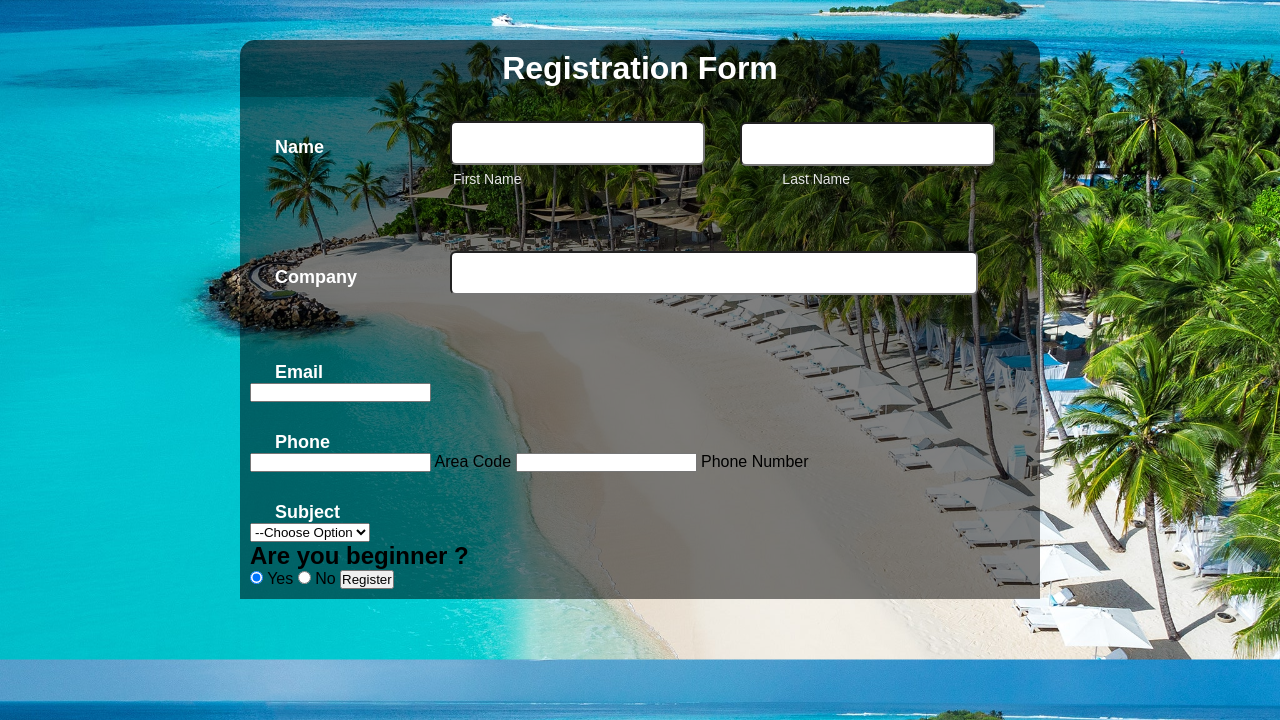
Repository: sudeepa88/Registration-Form
Page: registration.html
These files come from the project's save history. The page is drawn as it stood at one moment and after the next save; the edit follows.
The browser window is 1280 px wide. The pictures show the whole page.

Above is the page before, as saved 2022-01-11 23:30:06.

After the next save:
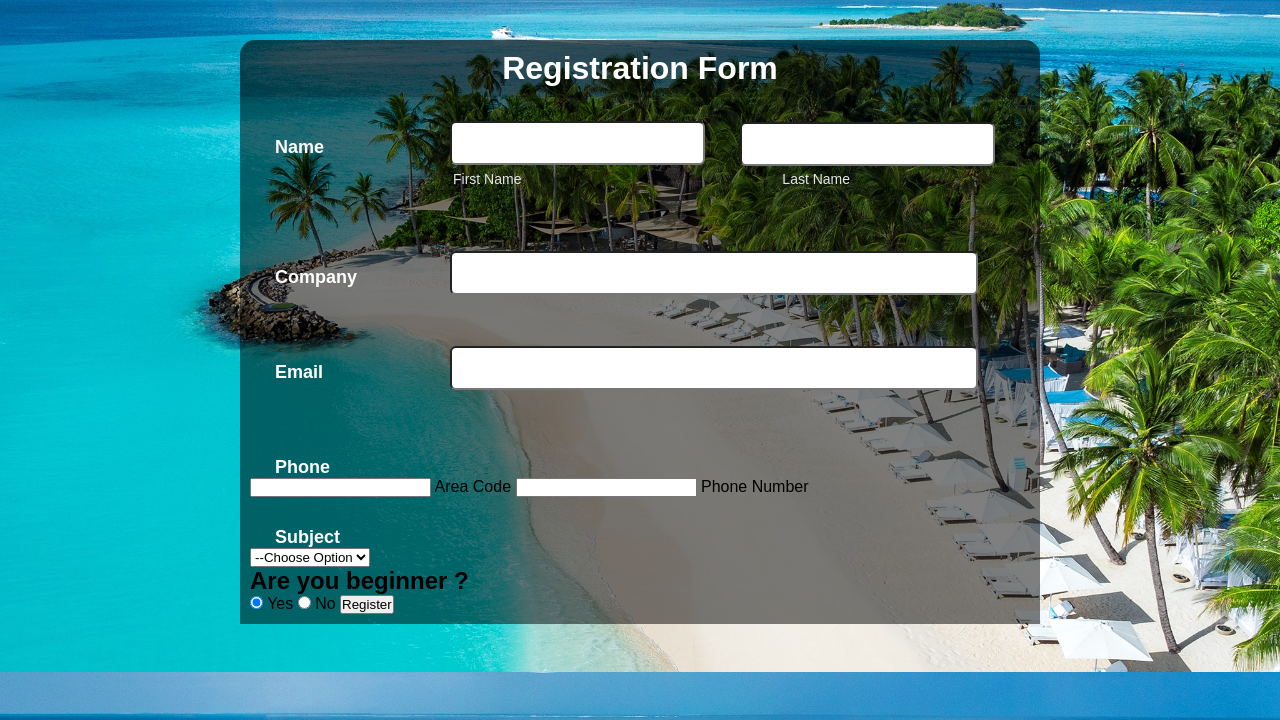
Saved 119 s later.
--- a/registration.html
+++ b/registration.html
@@ -95,6 +95,18 @@
        font-size: 16px;
        color:#555;
    }
+   .email{
+    position: relative;
+       left: 200px;
+       top:-37px;
+       line-height: 40px;
+       width: 480px;
+       border-radius: 6px;
+       padding: 0 22px;
+       font-size: 16px;
+       color:#555;
+
+   }
     </style>
 </head>
 <body>
